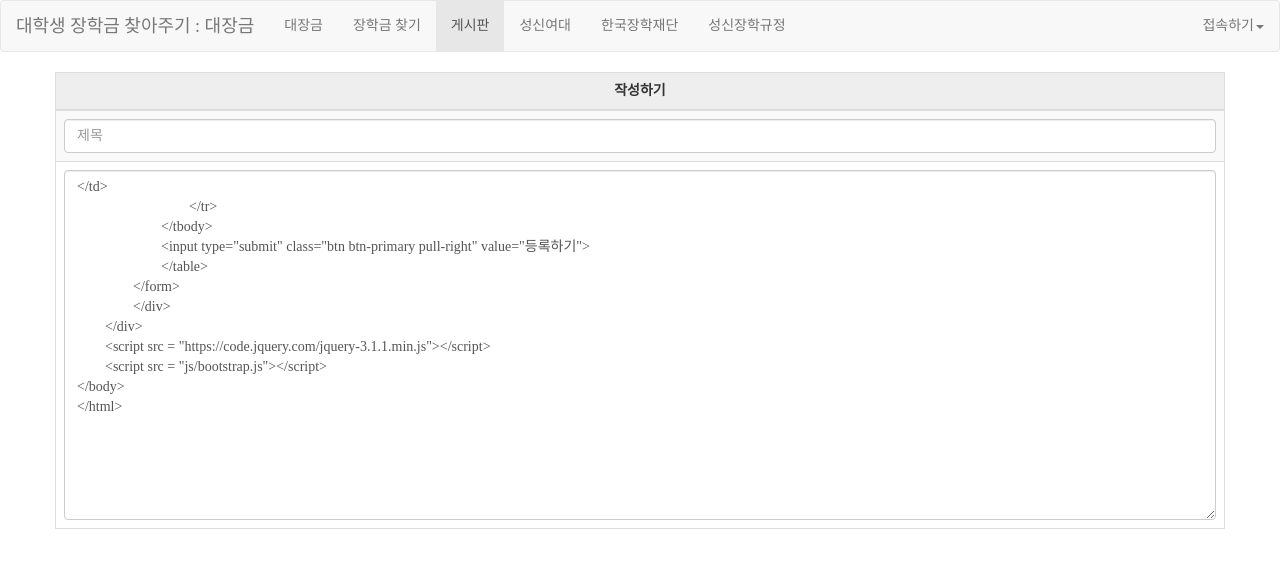
Repository: jiwon-214/DJG
Page: http://localhost/DJG/write.jsp
The author's editor kept a copy of each file at every save. The page is drawn from the files as they stood at one save, then again after the next save.
The browser window is 1280 px wide. The pictures show the whole page.
Some web fonts or font styles are not loaded; a fallback is used. The page is served by Tomcat 9.

Above is the page before, as saved 2022-01-24 16:58:53.

After the next save:
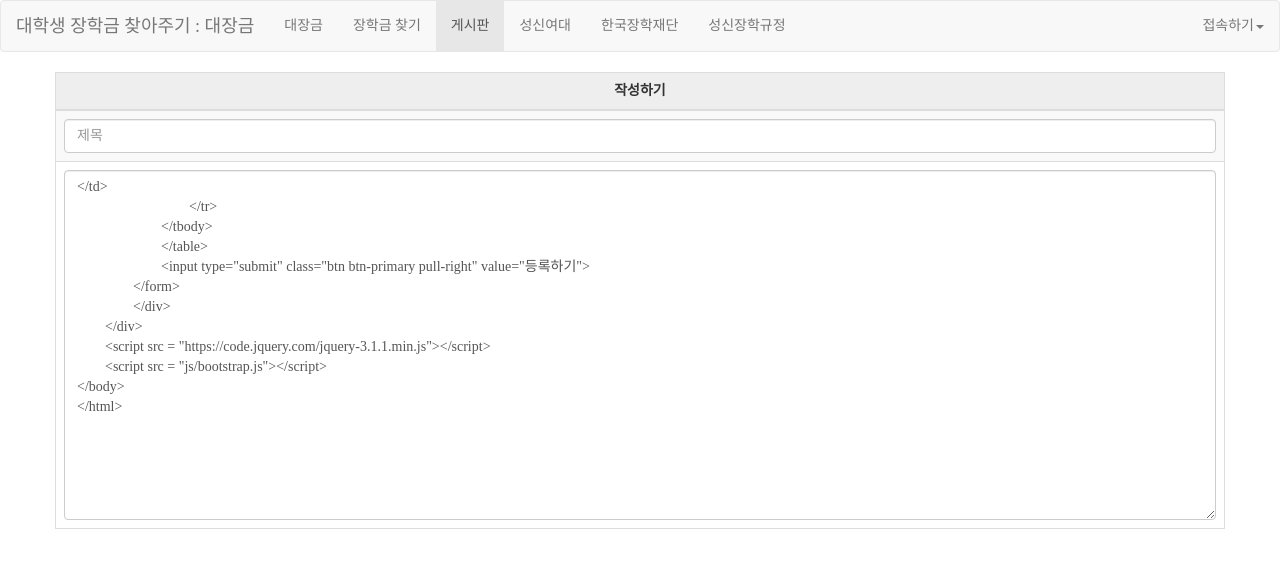
Saved 80 s later.
--- a/DJG/WebContent/write.jsp
+++ b/DJG/WebContent/write.jsp
@@ -90,11 +90,11 @@
 					<td><input type="text" class="form-control" placeholder="제목" name = "boardTitle" maxlength="50"></td>
 				</tr>
 				<tr>
-					<td><textarea class="form-control" placeholder="내용" name = "boardContent" maxlength="2048" style="height: 350px;"/></td>
+					<td><textarea class="form-control" placeholder="내용" name = "boardContent" maxlength="2048" style="height: 350px;"></td>
 				</tr>
 			</tbody>
+			</table>
 			<input type="submit" class="btn btn-primary pull-right" value="등록하기">
-			</table>
 		</form>
 		</div>
 	</div>
